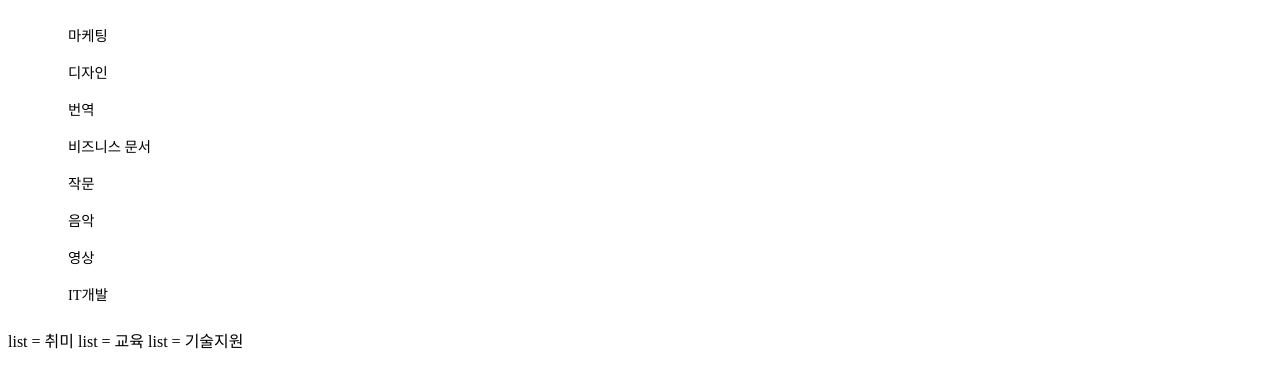
Repository: Gotaemin/java
Page: http://localhost/BBS/test/NewFile1.jsp
The author's editor kept a copy of each file at every save. The page is drawn from the files as they stood at one save, then again after the next save.
The browser window is 1280 px wide. The pictures show the whole page.
The page is served by Tomcat 9.

Above is the page before, as saved 2020-03-19 05:49:13.

After the next save:
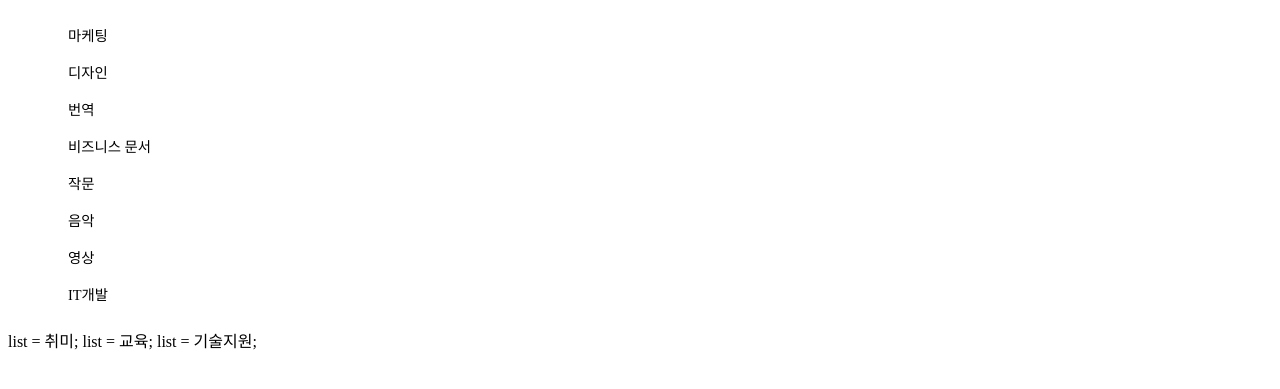
Saved 6 s later.
--- a/BBS/BBS/WebContent/test/NewFile1.jsp
+++ b/BBS/BBS/WebContent/test/NewFile1.jsp
@@ -53,7 +53,7 @@
     </c:set>
 
 	<c:forEach var="jobItem" items="${jobList}">
-		list  =  ${jobItem}
+		list  =  ${jobItem};
 
 	</c:forEach>
 

After the save that followed:
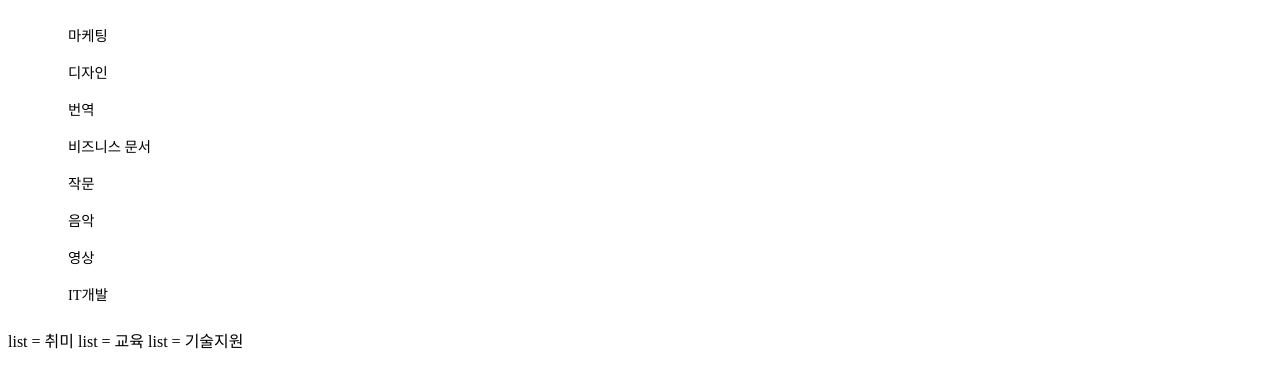
Saved 17 s later.
--- a/BBS/BBS/WebContent/test/NewFile1.jsp
+++ b/BBS/BBS/WebContent/test/NewFile1.jsp
@@ -53,7 +53,7 @@
     </c:set>
 
 	<c:forEach var="jobItem" items="${jobList}">
-		list  =  ${jobItem};
+		list  =  ${jobItem}
 
 	</c:forEach>
 
